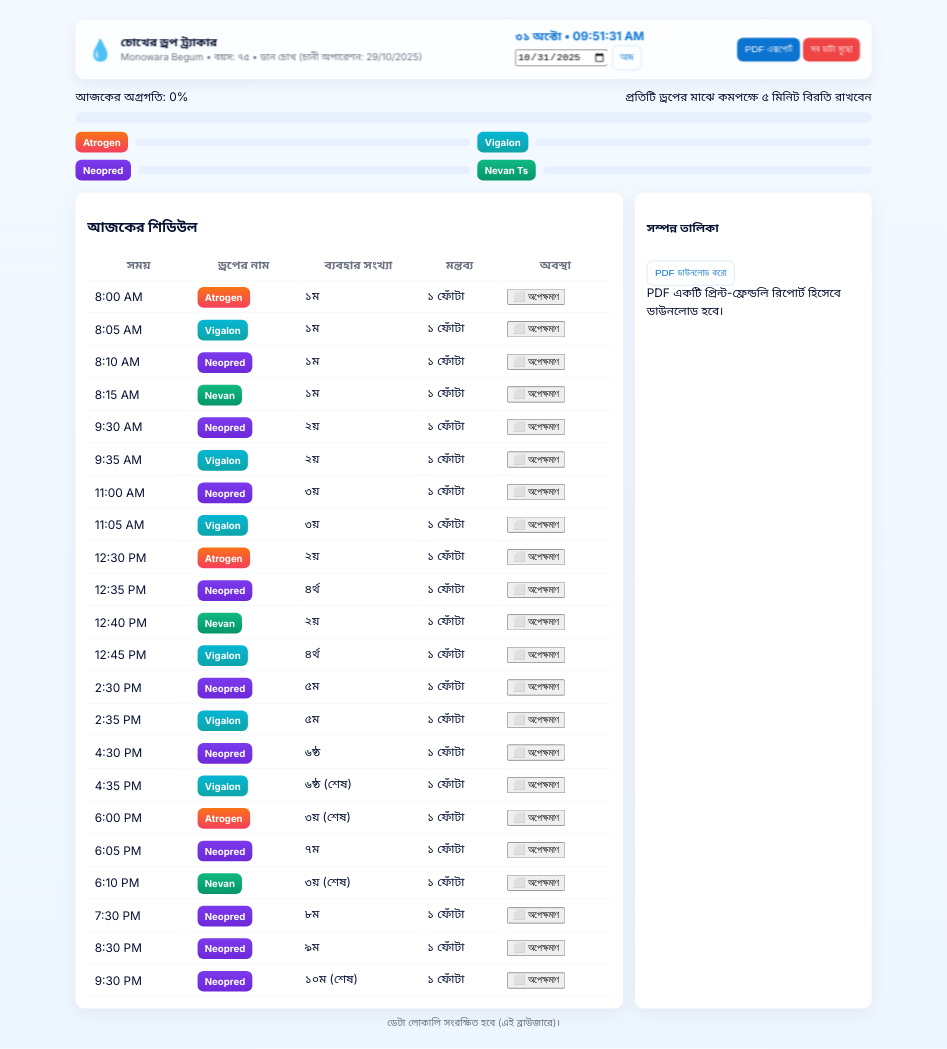
Repository: naimuddin1190/EyeDrop-Tracker
Page: index.html
An editor plug-in stored every save of this project. The page is shown before and after a run of saves, followed by the edit.
The browser window is 1280 px wide. The pictures show the whole page, at 74% of full size.

Above is the page before, as saved 2025-10-31 10:47:29.

### index.html
<!doctype html>
<html lang="bn">
<head>
  <meta charset="utf-8" />
  <meta name="viewport" content="width=device-width,initial-scale=1" />
  <title>চোখের ড্রপ ট্র্যাকার — Monowara Begum</title>

  <!-- Fonts -->
  <link href="https://fonts.googleapis.com/css2?family=Inter:wght@400;600;700&family=Noto+Sans+Bengali:wght@400;600&display=swap" rel="stylesheet">

  <!-- Styles -->
  <link rel="stylesheet" href="styles.css">

  <!-- html2pdf -->
  <script src="https://unpkg.com/html2pdf.js@0.9.3/dist/html2pdf.bundle.min.js"></script>
</head>
<body>
  <div class="app">
    <header class="topbar">
      <div class="brand">
        <div class="logo">💧</div>
        <div>
          <div class="title">চোখের ড্রপ ট্র্যাকার</div>
          <div class="subtitle">Monowara Begum • বয়স: ৭৫ • ডান চোখ (চানী অপারেশন: 29/10/2025)</div>
        </div>
      </div>

      <div class="top-center">
        <div class="live-time" id="liveTime">—:—</div>
        <div class="date-controls">
          <input type="date" id="viewDate">
          <button id="todayBtn" class="btn ghost">আজ</button>
        </div>
      </div>

      <div class="top-right">
        <button id="exportPdf" class="btn">PDF এক্সপোর্ট</button>
        <button id="clearAll" class="btn danger">সব ডাটা মুছো</button>
      </div>
    </header>

    <!-- Overall progress -->
    <section class="progress-wrap">
      <div class="progress-info">
        <div id="progressText">আজকের অগ্রগতি: 0%</div>
        <div class="small-note">প্রতিটি ড্রপের মাঝে কমপক্ষে ৫ মিনিট বিরতি রাখবেন</div>
      </div>
      <div class="progress-bar-bg">
        <div id="progressBar" class="progress-bar-fill"></div>
      </div>
    </section>

    <!-- 4 individual medicine progress -->
    <section class="progress-multi">
      <div class="med-progress">
        <span class="med-badge med-atrogen">Atrogen</span>
        <div class="progress-bar-bg small"><div id="prog-atrogen" class="progress-bar-fill"></div></div>
      </div>
      <div class="med-progress">
        <span class="med-badge med-vigalon">Vigalon</span>
        <div class="progress-bar-bg small"><div id="prog-vigalon" class="progress-bar-fill"></div></div>
      </div>
      <div class="med-progress">
        <span class="med-badge med-neopred">Neopred</span>
        <div class="progress-bar-bg small"><div id="prog-neopred" class="progress-bar-fill"></div></div>
      </div>
      <div class="med-progress">
        <span class="med-badge med-nevan">Nevan Ts</span>
        <div class="progress-bar-bg small"><div id="prog-nevan" class="progress-bar-fill"></div></div>
      </div>
    </section>

    <!-- Main area -->
    <main class="content">
      <section class="card schedule-card">
        <h3>আজকের শিডিউল</h3>
        <div class="table-wrap">
          <table id="scheduleTable" class="schedule-table">
            <thead>
              <tr>
                <th>সময়</th>
                <th>ড্রপের নাম</th>
                <th>ব্যবহার সংখ্যা</th>
                <th>মন্তব্য</th>
                <th>অবস্থা</th>
              </tr>
            </thead>
            <tbody id="scheduleBody"></tbody>
          </table>
        </div>
      </section>

      <aside class="card side-card">
        <h4>সম্পন্ন তালিকা</h4>
        <ul id="completedList" class="completed-list"></ul>
        <div class="side-actions">
          <button id="exportPdfManual" class="btn ghost">PDF ডাউনলোড করো</button>
          <div class="small-note">PDF একটি প্রিন্ট-ফ্রেন্ডলি রিপোর্ট হিসেবে ডাউনলোড হবে।</div>
        </div>
      </aside>
    </main>

    <div id="pdfContainer" style="display:none;"></div>
    <footer class="footer">ডেটা লোকালি সংরক্ষিত হবে (এই ব্রাউজারে)।</footer>
  </div>

  <script src="https://cdnjs.cloudflare.com/ajax/libs/html2pdf.js/0.10.1/html2pdf.bundle.min.js"></script>

  <script src="app.js"></script>
</body>
</html>

### styles.css
:root{
  --bg:#f6fbff;
  --card:#ffffff;
  --accent:#0b74d1;
  --accent-2:#7c3aed;
  --muted:#6b7280;
  --green:#10b981;
  --danger:#ef4444;
}

*{box-sizing:border-box}
body{
  margin:0;
  font-family:"Inter","Noto Sans Bengali",system-ui;
  background:linear-gradient(180deg,#f3f9ff 0%,#eef6ff 100%);
  color:#071233;
}

/* Container */
.app{max-width:1100px;margin:14px auto;padding:12px;}

/* Topbar */
.topbar{
  display:flex;align-items:center;justify-content:space-between;
  gap:12px;padding:12px 16px;border-radius:12px;
  background:rgba(255,255,255,0.8);box-shadow:0 6px 22px rgba(9,30,66,0.08);
  backdrop-filter:blur(6px);flex-wrap:wrap;
}
.brand{display:flex;align-items:center;gap:10px}
.logo{font-size:28px}
.title{font-weight:700;font-size:16px}
.subtitle{font-size:13px;color:var(--muted)}
.live-time{color:var(--accent);font-weight:700}
.btn{background:var(--accent);color:#fff;padding:8px 10px;border-radius:8px;border:0;cursor:pointer}
.btn.ghost{background:transparent;color:var(--accent);border:1px solid rgba(11,116,209,0.2)}
.btn.danger{background:var(--danger)}
.date-controls{display:flex;align-items:center;gap:6px}

/* Progress */
.progress-wrap{margin-top:14px;display:flex;flex-direction:column;gap:8px}
.progress-bar-bg{height:14px;background:#e6f0ff;border-radius:12px;overflow:hidden}
.progress-bar-fill{height:100%;width:0%;background:linear-gradient(90deg,var(--accent),var(--accent-2));transition:width 400ms ease}
.progress-info{display:flex;justify-content:space-between;align-items:center}

/* Small individual bars */
.progress-multi{display:grid;grid-template-columns:1fr 1fr;gap:10px;margin-top:12px;}
.med-progress{display:flex;align-items:center;gap:10px}
.progress-bar-bg.small{flex:1;height:10px}
.med-badge{padding:6px 10px;border-radius:8px;color:#fff;font-weight:700;font-size:13px}
.med-atrogen{background:linear-gradient(180deg,#f97316,#f43f5e)}
.med-vigalon{background:linear-gradient(180deg,#06b6d4,#0ea5a9)}
.med-neopred{background:linear-gradient(180deg,#7c3aed,#6d28d9)}
.med-nevan{background:linear-gradient(180deg,#10b981,#059669)}

/* Layout */
.content{display:grid;grid-template-columns:1fr 320px;gap:16px;margin-top:16px}
.card{background:var(--card);padding:16px;border-radius:12px;box-shadow:0 8px 28px rgba(13,27,65,0.06)}
.table-wrap{overflow:auto}

/* Table */
.schedule-table{width:100%;border-collapse:collapse;min-width:560px}
.schedule-table th{padding:8px;border-bottom:1px solid #eef4ff;color:var(--muted)}
.schedule-table td{padding:10px;border-bottom:1px solid #f1f7ff}

/* Completed list */
.completed-list{list-style:none;padding:0;margin:0;max-height:300px;overflow:auto}
.completed-list li{background:#f3f9ff;padding:8px;margin-bottom:6px;border-radius:8px;font-weight:600;color:#073257}
.side-actions{margin-top:10px}

/* Footer */
.footer{text-align:center;font-size:13px;color:var(--muted);margin-top:10px}

/* Responsive */
@media(max-width:900px){
  .content{grid-template-columns:1fr}
  .progress-multi{grid-template-columns:1fr}
}

### app.js
/* app.js — বাংলা UI + ৪টি ড্রপের প্রগ্রেস বার + সম্পন্ন তালিকা PDF + eye-catching অপেক্ষমাণ button */

const scheduleData = [
  ["8:00 AM", "Atrogen 1%", "১ম", "১ ফোঁটা", "atrogen"],
  ["8:05 AM", "Vigalon", "১ম", "১ ফোঁটা", "vigalon"],
  ["8:10 AM", "Neopred", "১ম", "১ ফোঁটা", "neopred"],
  ["8:15 AM", "Nevan Ts", "১ম", "১ ফোঁটা", "nevan"],
  ["9:30 AM", "Neopred", "২য়", "১ ফোঁটা", "neopred"],
  ["9:35 AM", "Vigalon", "২য়", "১ ফোঁটা", "vigalon"],
  ["11:00 AM", "Neopred", "৩য়", "১ ফোঁটা", "neopred"],
  ["11:05 AM", "Vigalon", "৩য়", "১ ফোঁটা", "vigalon"],
  ["12:30 PM", "Atrogen 1%", "২য়", "১ ফোঁটা", "atrogen"],
  ["12:35 PM", "Neopred", "৪র্থ", "১ ফোঁটা", "neopred"],
  ["12:40 PM", "Nevan Ts", "২য়", "১ ফোঁটা", "nevan"],
  ["12:45 PM", "Vigalon", "৪র্থ", "১ ফোঁটা", "vigalon"],
  ["2:30 PM", "Neopred", "৫ম", "১ ফোঁটা", "neopred"],
  ["2:35 PM", "Vigalon", "৫ম", "১ ফোঁটা", "vigalon"],
  ["4:30 PM", "Neopred", "৬ষ্ঠ", "১ ফোঁটা", "neopred"],
  ["4:35 PM", "Vigalon", "৬ষ্ঠ (শেষ)", "১ ফোঁটা", "vigalon"],
  ["6:00 PM", "Atrogen 1%", "৩য় (শেষ)", "১ ফোঁটা", "atrogen"],
  ["6:05 PM", "Neopred", "৭ম", "১ ফোঁটা", "neopred"],
  ["6:10 PM", "Nevan Ts", "৩য় (শেষ)", "১ ফোঁটা", "nevan"],
  ["7:30 PM", "Neopred", "৮ম", "১ ফোঁটা", "neopred"],
  ["8:30 PM", "Neopred", "৯ম", "১ ফোঁটা", "neopred"],
  ["9:30 PM", "Neopred", "১০ম (শেষ)", "১ ফোঁটা", "neopred"]
];

const scheduleBody=document.getElementById('scheduleBody');
const completedList=document.getElementById('completedList');
const progressBar=document.getElementById('progressBar');
const progressText=document.getElementById('progressText');
const liveTime=document.getElementById('liveTime');
const viewDate=document.getElementById('viewDate');
const todayBtn=document.getElementById('todayBtn');
const exportPdf=document.getElementById('exportPdf');
const exportPdfManual=document.getElementById('exportPdfManual');
const clearAll=document.getElementById('clearAll');
const pdfContainer=document.getElementById('pdfContainer');

// ৪টি আলাদা প্রগ্রেস বারের রেফারেন্স
const progBars={
  atrogen:document.getElementById('prog-atrogen'),
  vigalon:document.getElementById('prog-vigalon'),
  neopred:document.getElementById('prog-neopred'),
  nevan:document.getElementById('prog-nevan')
};

const TOTAL=scheduleData.length;

// আজকের তারিখ
function isoToday(d=new Date()){return new Date(d.getTime()-d.getTimezoneOffset()*60000).toISOString().slice(0,10);}
viewDate.value=isoToday();

// সময় আপডেট
function updateClock(){
  const n=new Date();
  liveTime.textContent=n.toLocaleDateString('bn-BD',{month:'short',day:'numeric'})+' • '+n.toLocaleTimeString([], {hour:'2-digit',minute:'2-digit',second:'2-digit'});
}
setInterval(updateClock,1000);updateClock();

// Storage
function keyFor(d){return 'eyedrop_'+d;}
function loadDay(d){
  const raw=localStorage.getItem(keyFor(d));
  if(!raw){
    const obj=scheduleData.map((r,i)=>({idx:i,time:r[0],med:r[1],count:r[2],note:r[3],tag:r[4],taken:false}));
    localStorage.setItem(keyFor(d),JSON.stringify(obj));
    return obj;
  }
  return JSON.parse(raw);
}
function saveDay(d,arr){localStorage.setItem(keyFor(d),JSON.stringify(arr));}

// Render Table + Completed List
function render(){
  const dateStr=viewDate.value;
  const day=loadDay(dateStr);
  scheduleBody.innerHTML='';completedList.innerHTML='';

  day.forEach(it=>{
    const tr=document.createElement('tr');
    const medBadge=`<span class="med-badge med-${it.tag}">${it.med.split(' ')[0]}</span>`;
    tr.innerHTML=`<td>${it.time}</td>
                    <td>${medBadge}</td>
                    <td>${it.count}</td>
                    <td>${it.note}</td>
                    <td><button class="mark-btn ${it.taken?'done':'pending'}" data-idx="${it.idx}">${it.taken?'✅ সম্পন্ন':'⬜ অপেক্ষমাণ'}</button></td>`;
    scheduleBody.appendChild(tr);

    // সম্পন্ন তালিকায় যোগ
    if(it.taken){
      const li=document.createElement('li');
      li.textContent=`${it.time} — ${it.med} (${it.count})`;
      completedList.appendChild(li);
    }
  });

  document.querySelectorAll('.mark-btn').forEach(btn=>{
    btn.onclick=()=>{toggleTaken(dateStr,parseInt(btn.dataset.idx));};
  });

  updateProgressUI(day);
}

// Toggle Taken
function toggleTaken(d,idx){
  const day=loadDay(d);
  const item=day.find(i=>i.idx===idx);
  item.taken=!item.taken; // এক ক্লিক = ১ ফোঁটা
  saveDay(d,day);
  render();
}

// Progress Bar আপডেট
function updateProgressUI(day){
  const done=day.filter(d=>d.taken).length;
  const percent=Math.round((done/TOTAL)*100);
  progressBar.style.width=percent+'%';
  progressText.textContent=`আজকের অগ্রগতি: ${percent}%`;

  // ৪টি আলাদা প্রগ্রেস বার
  ['atrogen','vigalon','neopred','nevan'].forEach(tag=>{
    const total=day.filter(d=>d.tag===tag).length;
    const done=day.filter(d=>d.tag===tag && d.taken).length;
    const p=Math.round((done/total)*100);
    progBars[tag].style.width=p+'%';
  });
}

// Buttons
todayBtn.onclick=()=>{viewDate.value=isoToday();render();};
viewDate.onchange=()=>render();
clearAll.onclick=()=>{
  if(confirm("সব ডাটা মুছে ফেলতে চাও?")){
    Object.keys(localStorage).forEach(k=>{
      if(k.startsWith('eyedrop_')) localStorage.removeItem(k);
    });
    render();
  }
}

// PDF Export (শুধু সম্পন্ন তালিকা / টেবিল)
function generateTablePDF() {
  const dateStr = viewDate.value;
  const day = loadDay(dateStr);

  let tableHtml = `<h2 style="margin:0 0 6px 0">চোখের ড্রপ রিপোর্ট</h2>
  <div style="font-size:14px;color:#333;margin-bottom:6px">তারিখ: ${dateStr}</div>
  <table style="width:100%;border-collapse:collapse;font-size:14px">
    <thead>
      <tr>
        <th style="text-align:left;padding:6px;border-bottom:1px solid #ddd">সময়</th>
        <th style="text-align:left;padding:6px;border-bottom:1px solid #ddd">ড্রপ</th>
        <th style="padding:6px;border-bottom:1px solid #ddd">ব্যবহার সংখ্যা</th>
        <th style="padding:6px;border-bottom:1px solid #ddd">মন্তব্য</th>
        <th style="padding:6px;border-bottom:1px solid #ddd">অবস্থা</th>
      </tr>
    </thead>
    <tbody>`;

  day.forEach(it=>{
    tableHtml += `<tr>
      <td style="padding:6px;border-bottom:1px solid #f2f2f2">${it.time}</td>
      <td style="padding:6px;border-bottom:1px solid #f2f2f2">${it.med}</td>
      <td style="padding:6px;border-bottom:1px solid #f2f2f2">${it.count}</td>
      <td style="padding:6px;border-bottom:1px solid #f2f2f2">${it.note}</td>
      <td style="padding:6px;border-bottom:1px solid #f2f2f2">${it.taken?'✅ সম্পন্ন':'⬜ অপেক্ষমাণ'}</td>
    </tr>`;
  });

  tableHtml += `</tbody></table>`;
  pdfContainer.innerHTML = tableHtml;

  const opt = {
    margin: 0.5,
    filename: `EyeDrop_${dateStr}.pdf`,
    image: { type: 'jpeg', quality: 0.98 },
    html2canvas: { scale: 2 },
    jsPDF: { unit: 'in', format: 'a4', orientation: 'portrait' }
  };

  html2pdf().set(opt).from(pdfContainer).save();
}

// Attach PDF buttons
exportPdf.onclick = generateTablePDF;
exportPdfManual.onclick = generateTablePDF;

// Initial Render
render();

After the next 2 saves:
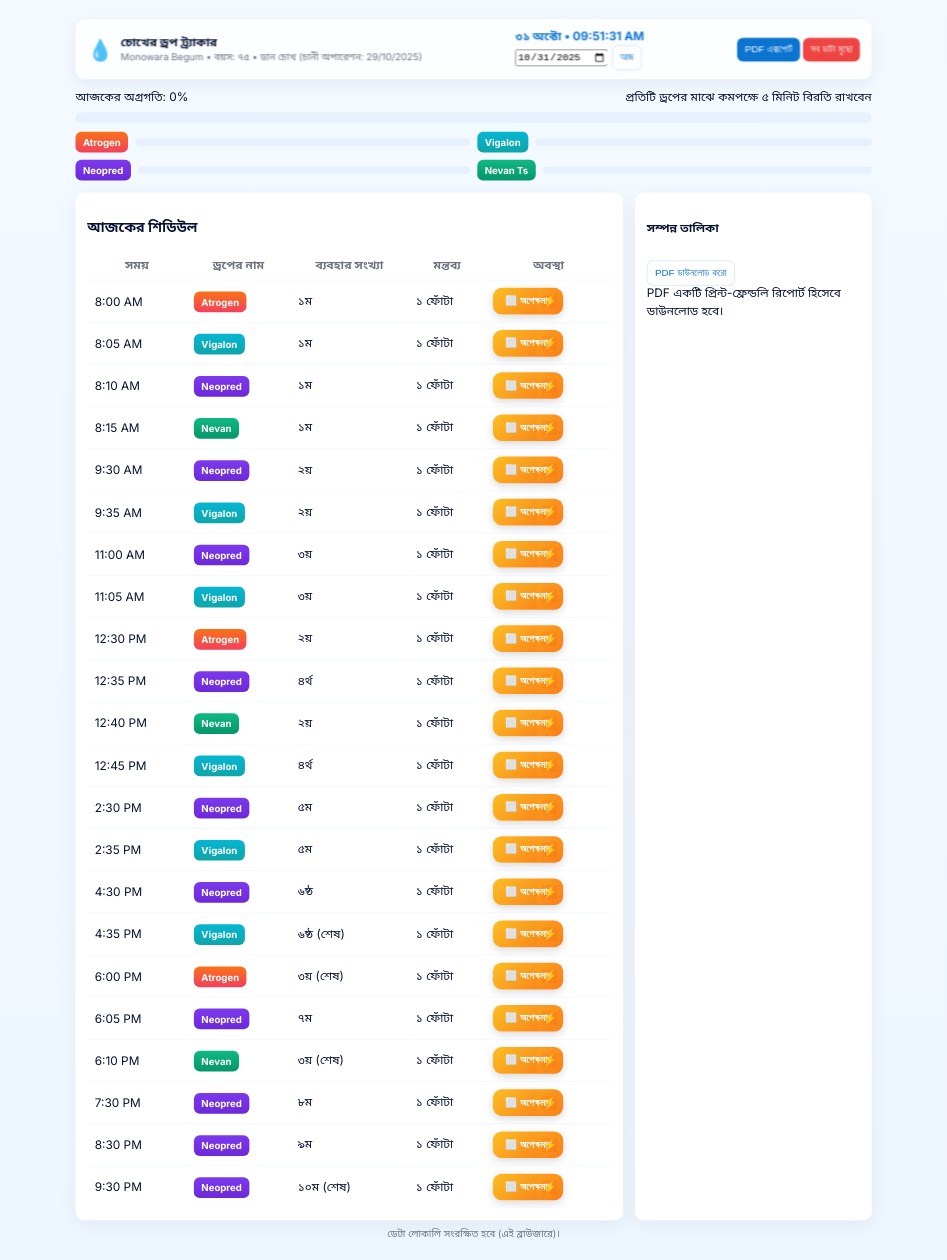
The 2 saves are shown as one change because they came seconds apart.
The last was saved 38 s later.
--- a/styles.css
+++ b/styles.css
@@ -70,6 +70,61 @@ body{
 /* Footer */
 .footer{text-align:center;font-size:13px;color:var(--muted);margin-top:10px}
 
+
+/* mark button — pending */
+.mark-btn {
+  position: relative;
+  padding: 10px 16px;
+  border-radius: 12px;
+  border: none;
+  cursor: pointer;
+  font-weight: 700;
+  background: linear-gradient(135deg, #fbbf24, #f97316); /* orange gradient */
+  color: white;
+  box-shadow: 0 4px 12px rgba(0,0,0,0.15);
+  transition: transform 0.2s ease, box-shadow 0.2s ease;
+  overflow: hidden;
+}
+
+/* hover effect */
+.mark-btn:hover {
+  transform: scale(1.05);
+  box-shadow: 0 6px 18px rgba(0,0,0,0.25);
+}
+
+/* pulse animation */
+@keyframes pulse {
+  0% { box-shadow: 0 0 0 0 rgba(251,191,36,0.7); }
+  70% { box-shadow: 0 0 0 10px rgba(251,191,36,0); }
+  100% { box-shadow: 0 0 0 0 rgba(251,191,36,0); }
+}
+
+.mark-btn.pending::after {
+  content: "⚡"; /* optional icon inside button */
+  position: absolute;
+  right: 8px;
+  top: 50%;
+  transform: translateY(-50%);
+  font-size: 16px;
+  animation: pulse 1.5s infinite;
+}
+
+/* completed button */
+.mark-btn.done {
+  background: linear-gradient(90deg,#10b981,#34d399); /* green gradient */
+  color: #fff;
+  box-shadow: 0 4px 12px rgba(16,185,129,0.35);
+}
+
+.mark-btn.done::after {
+  content: "✅";
+  right: 8px;
+  top: 50%;
+  transform: translateY(-50%);
+  font-size: 16px;
+  animation: none;
+}
+
 /* Responsive */
 @media(max-width:900px){
   .content{grid-template-columns:1fr}
